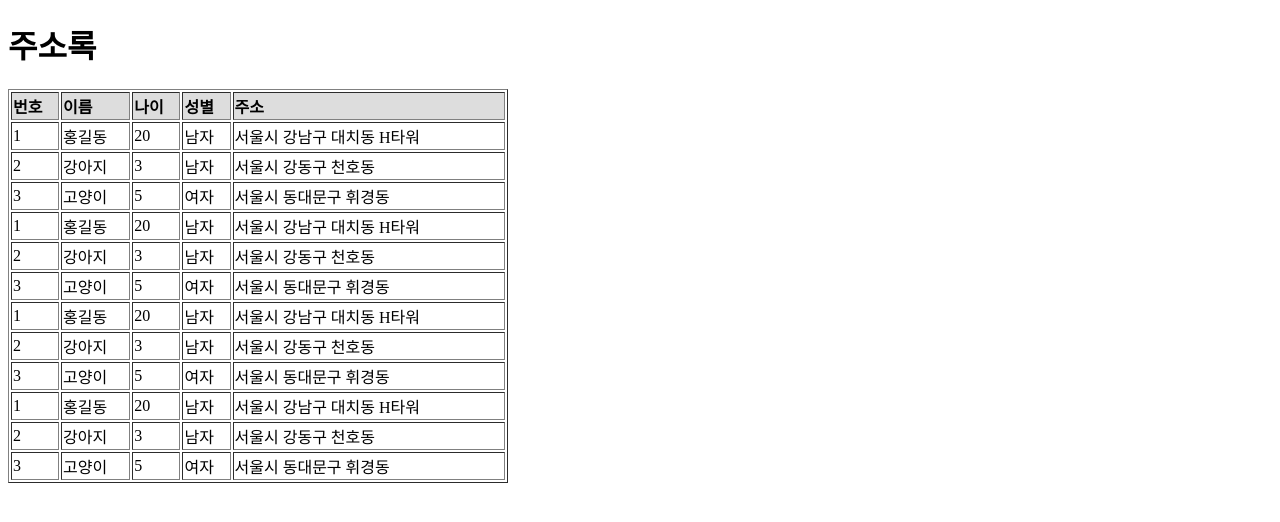
Repository: kmd192kmd/Web
Page: html/HtmlTest/src/main/webapp/ex14_table.html
An editor plug-in stored every save of this project. The page is shown before and after the next save, followed by the edit.
The browser window is 1280 px wide. The pictures show the whole page.

Above is the page before, as saved 2026-02-13 05:46:49.

After the next save:
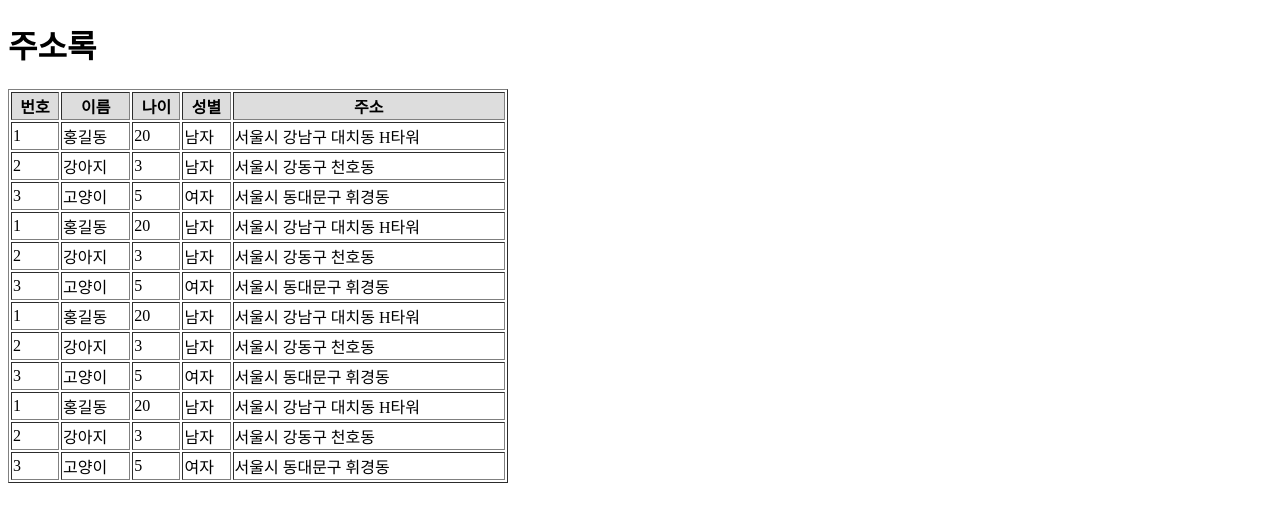
Saved 30 s later.
--- a/html/HtmlTest/src/main/webapp/ex14_table.html
+++ b/html/HtmlTest/src/main/webapp/ex14_table.html
@@ -10,11 +10,11 @@
 
 	<table border="1" width="500">
 		<tr bgcolor="#DDDDDD">
-			<td><b>번호</b></td>
-			<td><b>이름</b></td>
-			<td><b>나이</b></td>
-			<td><b>성별</b></td>
-			<td><b>주소</b></td>
+			<td align="center"><b>번호</b></td>
+			<td align="center"><b>이름</b></td>
+			<td align="center"><b>나이</b></td>
+			<td align="center"><b>성별</b></td>
+			<td align="center"><b>주소</b></td>
 		</tr>
 		<tr>
 			<td>1</td>
